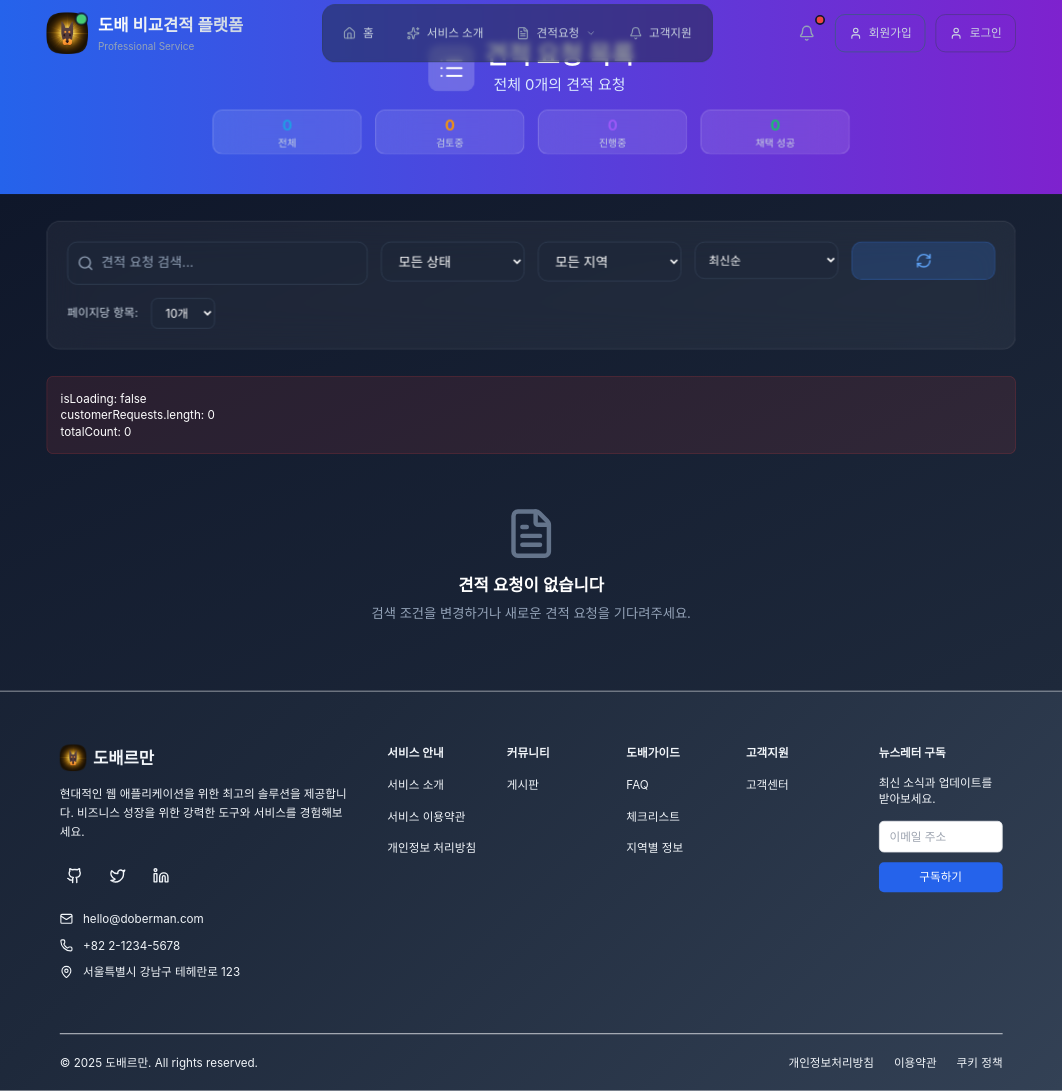
Repository: rambozzang/doberman_nextjs
Page: /quote-request/list
An editor plug-in stored every save of this project. The page is shown before and after the next save, followed by the edit.
The browser window is 1280 px wide. The pictures show the whole page, at 83% of full size.
The page's requests for data from a server got no answer. The project was rebuilt for these pictures with package versions that can differ from the ones it lists, and the page was loaded fresh each time. The framework's server and built-in components were replaced by stand-ins that run in the browser. No one was signed in, and anything a server would have sent is missing. Also part of the build but not shown: next.config.mjs, next.config.ts, src/components/LoginModal.tsx, src/components/RegisterModal.tsx.

Above is the page before, as saved 2025-06-24 21:20:38.

After the next save:
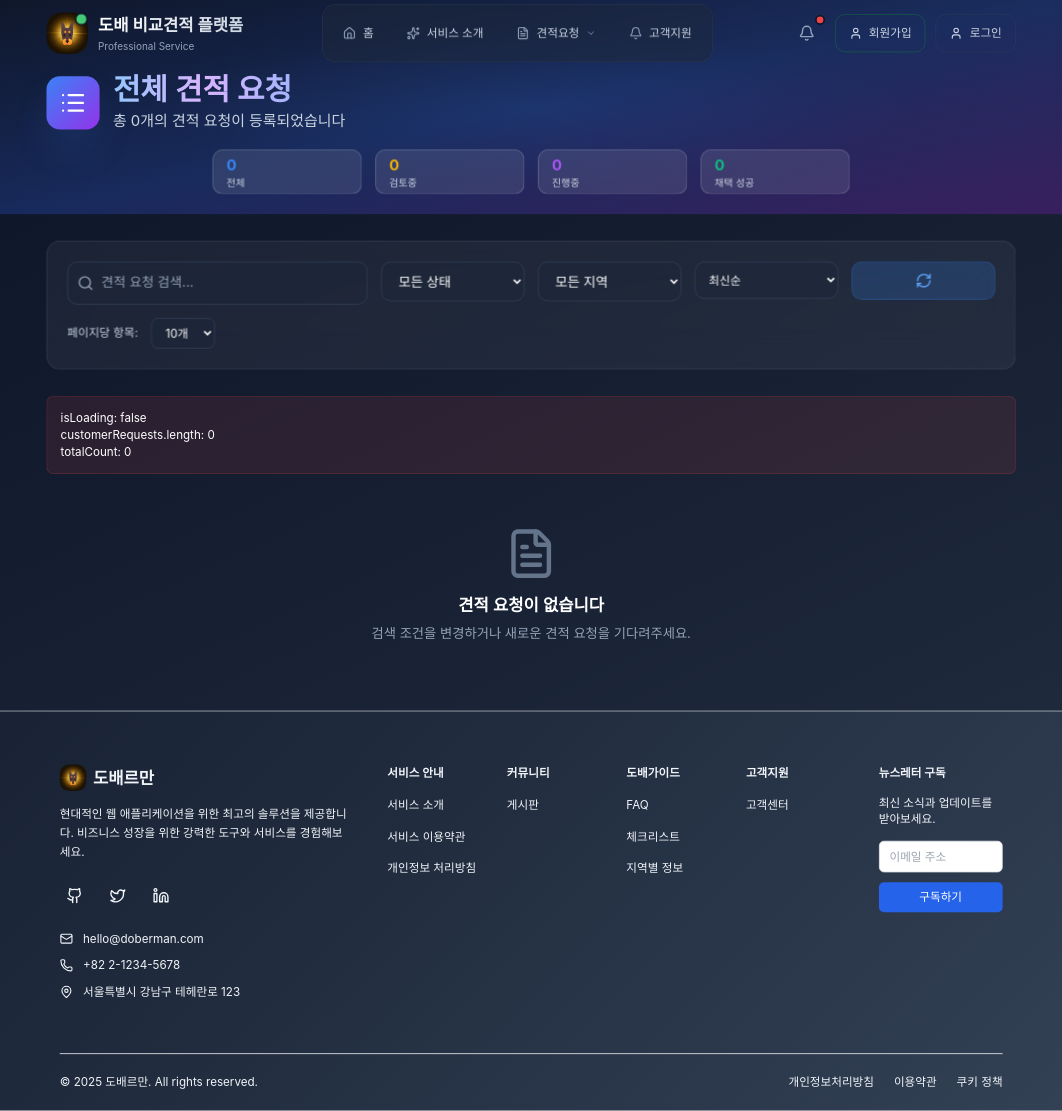
Saved 32 s later.
--- a/src/app/quote-request/list/page.tsx
+++ b/src/app/quote-request/list/page.tsx
@@ -271,18 +271,23 @@ export default function QuoteRequestListPage() {
 
   return (
     <div className="min-h-screen bg-gradient-to-br from-slate-900 to-slate-800 flex flex-col">
-      {/* 헤더 섹션 */}
-      <section className="bg-gradient-to-r from-blue-600 to-purple-700 text-white py-12">
-        <div className="container mx-auto px-4">
-          <div className="text-center">
-            <div className="flex items-center justify-center gap-3 mb-4">
-              <div className="p-3 bg-white/20 rounded-xl backdrop-blur-sm">
-                <ListIcon className="w-8 h-8" />
-              </div>
-              <h1 className="text-3xl font-bold">
-                견적 요청 목록
-                <span className="block text-lg font-normal text-blue-100 mt-1">
-                  전체 {totalCount}개의 견적 요청
+      {/* 헤더 */}
+      <section className="w-full bg-gradient-to-br from-slate-900 via-blue-900/50 to-purple-900/50 relative overflow-hidden pt-16">
+        <div className="absolute inset-0 bg-[radial-gradient(ellipse_at_center,_var(--tw-gradient-stops))] from-blue-500/10 via-transparent to-transparent"></div>
+
+        <div className="container mx-auto px-4 py-6 relative">
+          <div className="text-left">
+            <div className="flex items-center gap-4 mb-5">
+              <div className="inline-flex items-center justify-center w-12 h-12 md:w-16 md:h-16 bg-gradient-to-br from-blue-500 to-purple-600 rounded-2xl shadow-2xl shadow-blue-500/25">
+                <ListIcon className="w-6 h-6 md:w-8 md:h-8 text-white" />
+              </div>
+
+              <h1 className="text-2xl md:text-4xl font-bold text-white">
+                <span className="bg-gradient-to-r from-blue-300 via-purple-300 to-indigo-300 bg-clip-text text-transparent">
+                  전체 견적 요청
+                </span>
+                <span className="block text-sm md:text-lg font-normal text-slate-300 mt-1">
+                  총 {totalCount}개의 견적 요청이 등록되었습니다
                 </span>
               </h1>
             </div>
